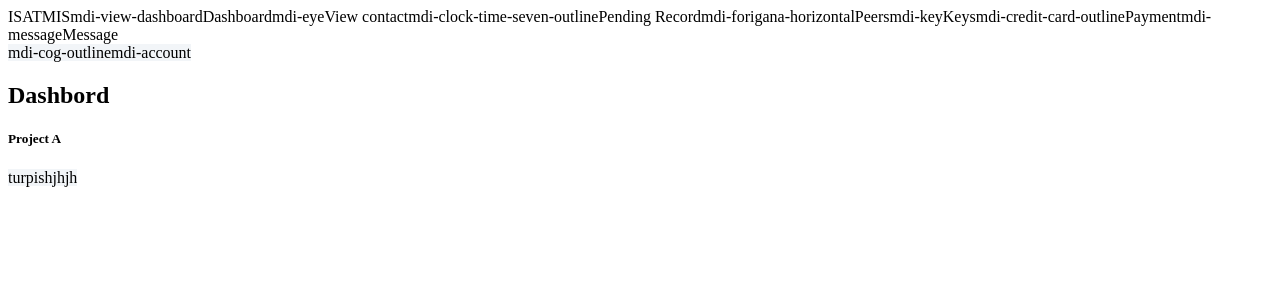
Repository: umarrg/isatmis
Page: /home
An editor plug-in stored every save of this project. The page is shown before and after the next save, followed by the edit.
The browser window is 1280 px wide. The pictures show the whole page.
The project was rebuilt for these pictures with package versions that can differ from the ones it lists, and the page was loaded fresh each time. Also part of the build but not shown: vue.config.js. Imported but missing from the stored project, and not drawn on this page: src/plugins/vuetify.

Above is the page before, as saved 2021-01-26 00:28:18.

After the next save:
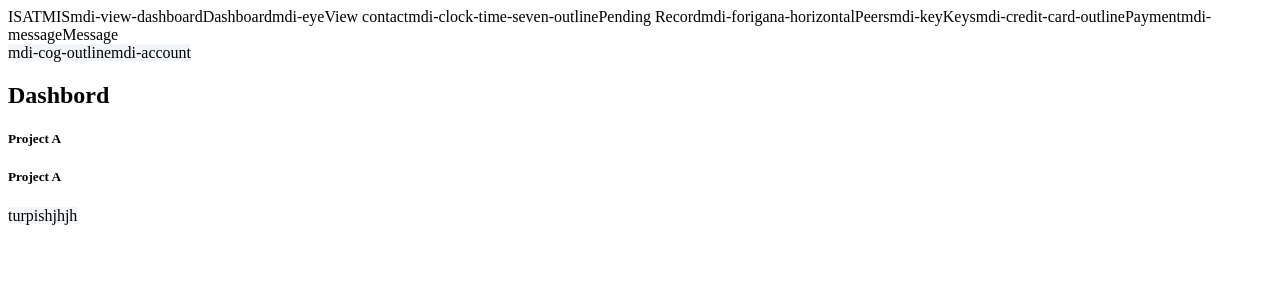
Saved 7 s later.
--- a/src/views/Home.vue
+++ b/src/views/Home.vue
@@ -43,7 +43,7 @@
         </v-col>
         <v-col cols="12" md="4" sm="6">
           <v-alert border="bottom" colored-border color="blue" elevation="2">
-
+            <h5>Project A</h5>
           </v-alert>
         </v-col>
         <v-col cols="12" md="4" sm="6">
